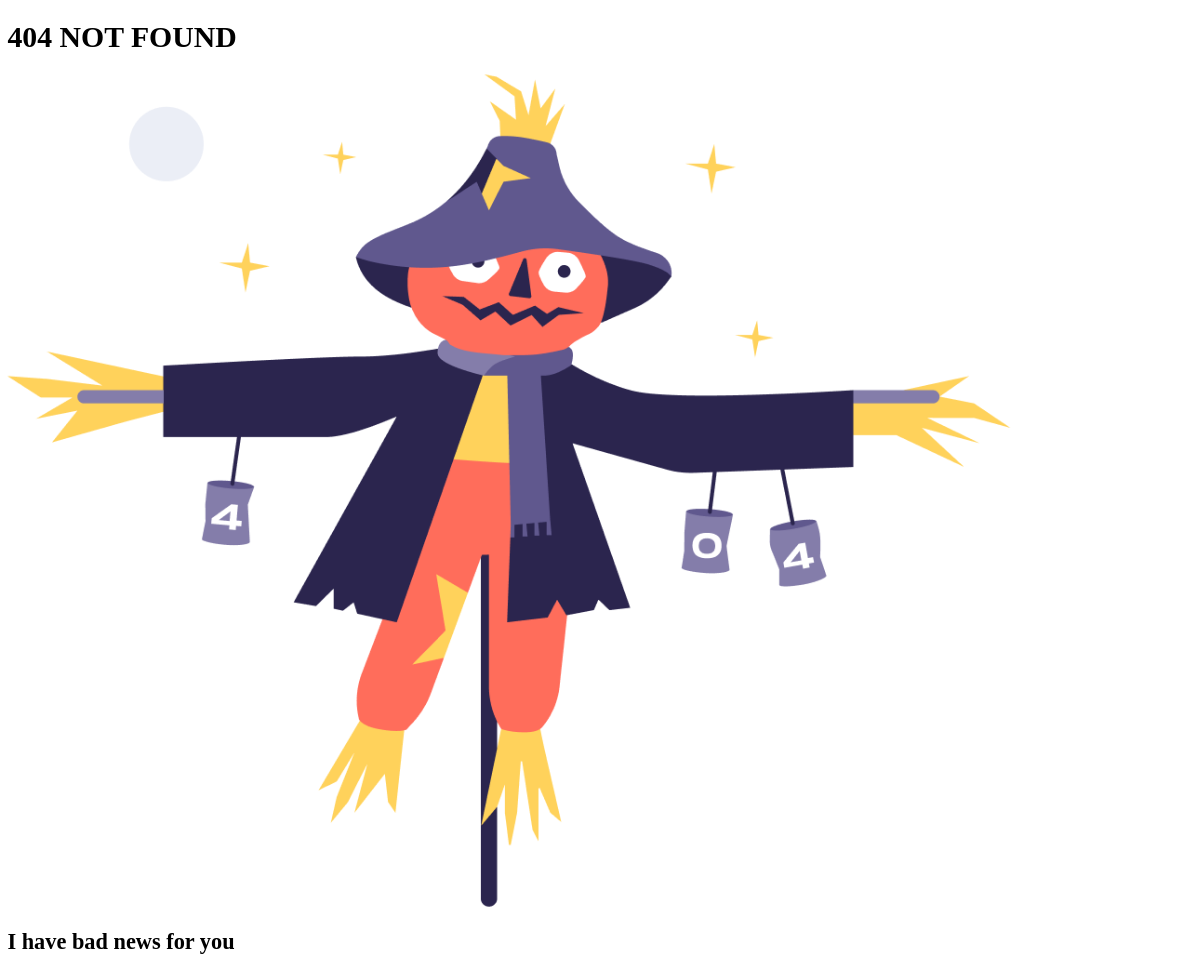
Repository: kellyalves87/404_not_found
Page: index.html
The author's editor kept a copy of each file at every save. The page is drawn from the files as they stood at one save, then again after the next save.
The browser window is 1280 px wide. The pictures show the whole page, at 93% of full size.

Above is the page before, as saved 2021-05-16 14:27:49.

After the next save:
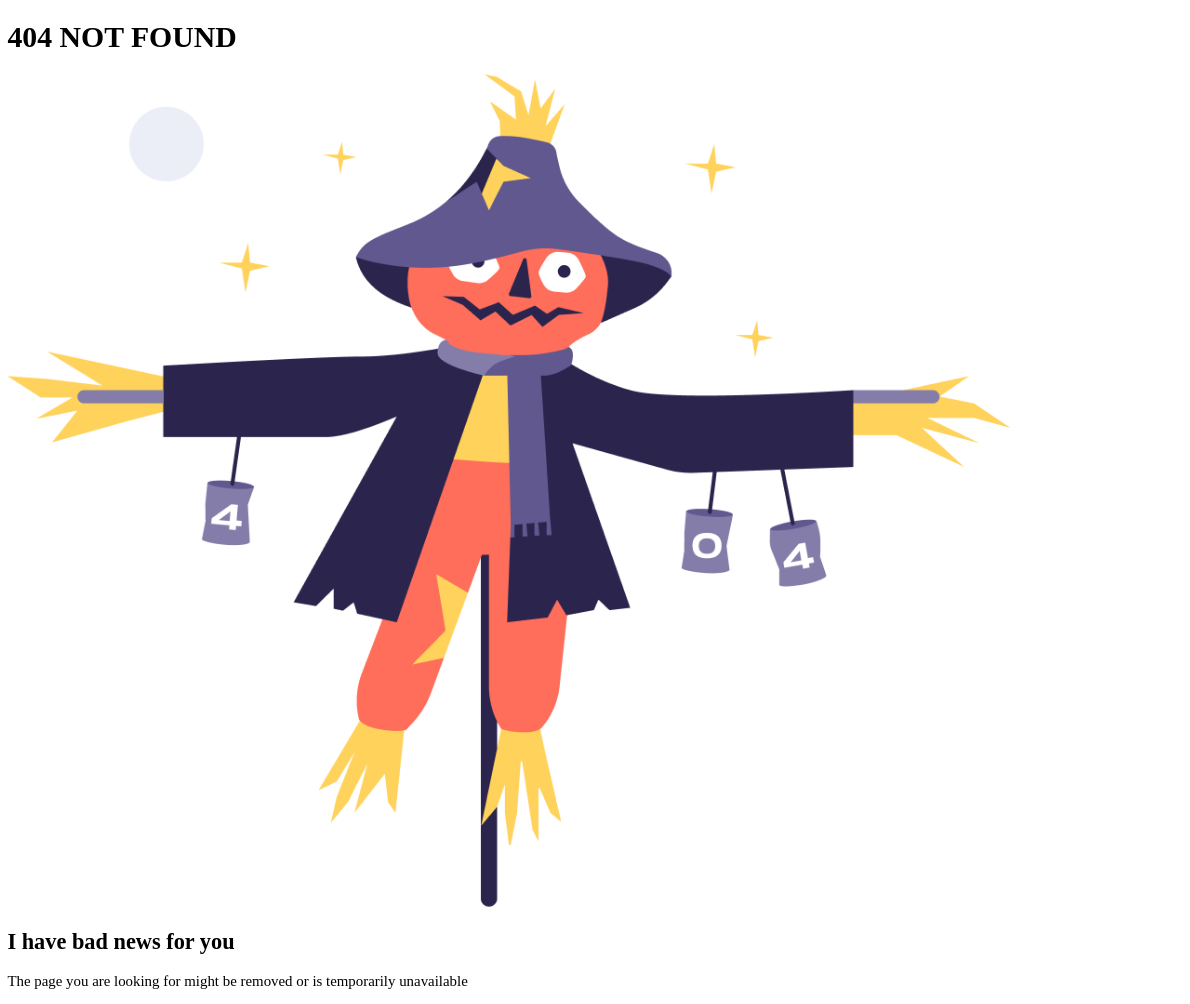
Saved 47 s later.
--- a/index.html
+++ b/index.html
@@ -21,6 +21,7 @@
   <h1>404 NOT FOUND</h1>
   <img src="./assets/Scarecrow.png" alt="straw man">
   <h2>I have bad news for you</h2>
+  <p>The page you are looking for might be removed or is temporarily unavailable</p>
 </body>
 
 </html>
